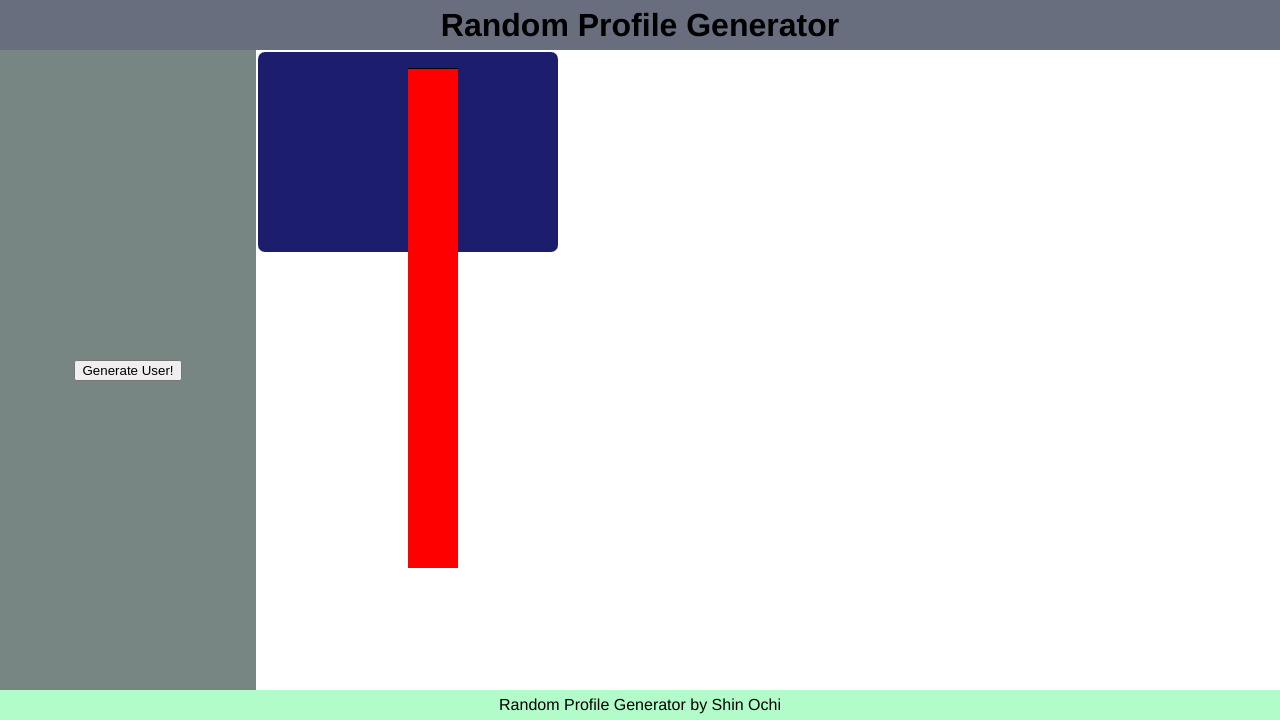
Repository: swaroopu-kr/Web-Application
Page: index.html
These files come from the project's save history. The page is drawn as it stood at one moment and after the next save; the edit follows.
The browser window is 1280 px wide. The pictures show the whole page.

Above is the page before, as saved 2021-11-01 16:41:00.

After the next save:
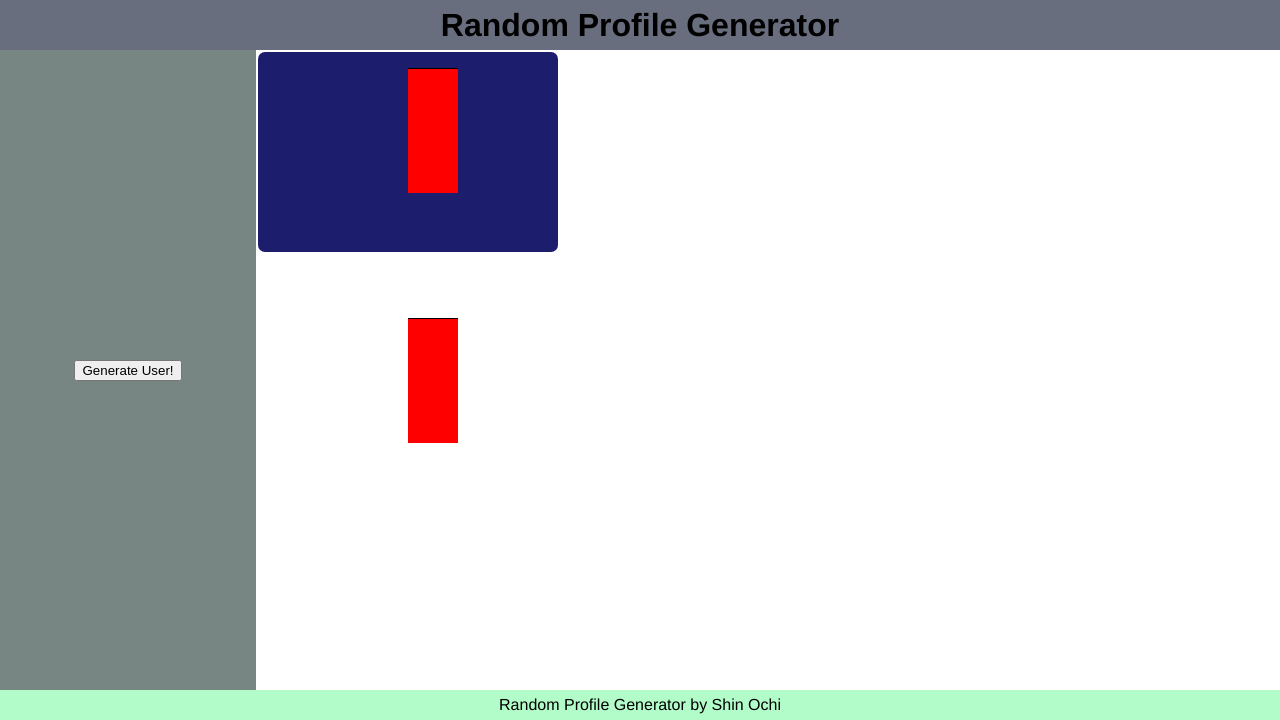
Saved 9 s later.
--- a/index.html
+++ b/index.html
@@ -27,8 +27,9 @@
     <main>
 <div class="flex-grid">
 <div class="grid-item"></div>
-
-
+<div class="grid-item"></div>
+<div class="grid-item"></div>
+<div class="grid-item"></div>
 </div>
 
     </main>
